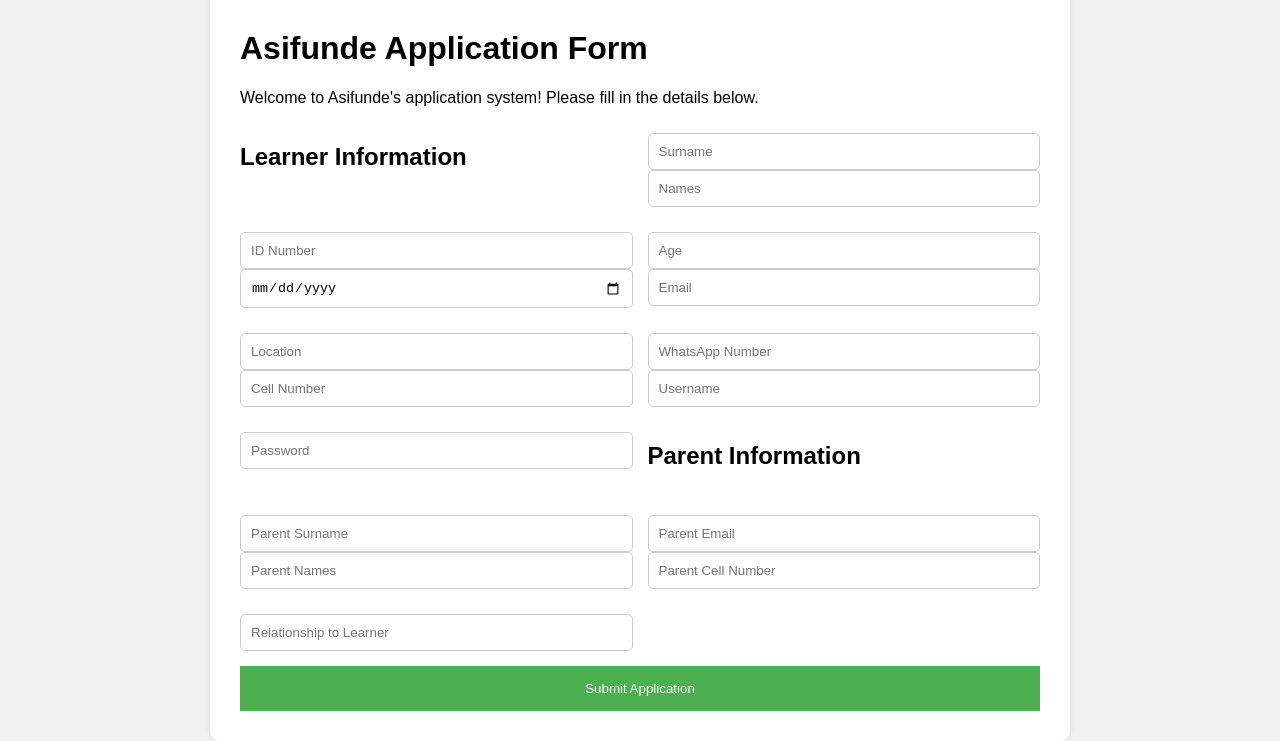
Repository: Soshtakovich/Asifunde
Page: Application_system/apply.html
An editor plug-in stored every save of this project. The page is shown before and after the next save, followed by the edit.
The browser window is 1280 px wide. The pictures show the whole page.

Above is the page before, as saved 2024-10-18 17:41:35.

After the next save:
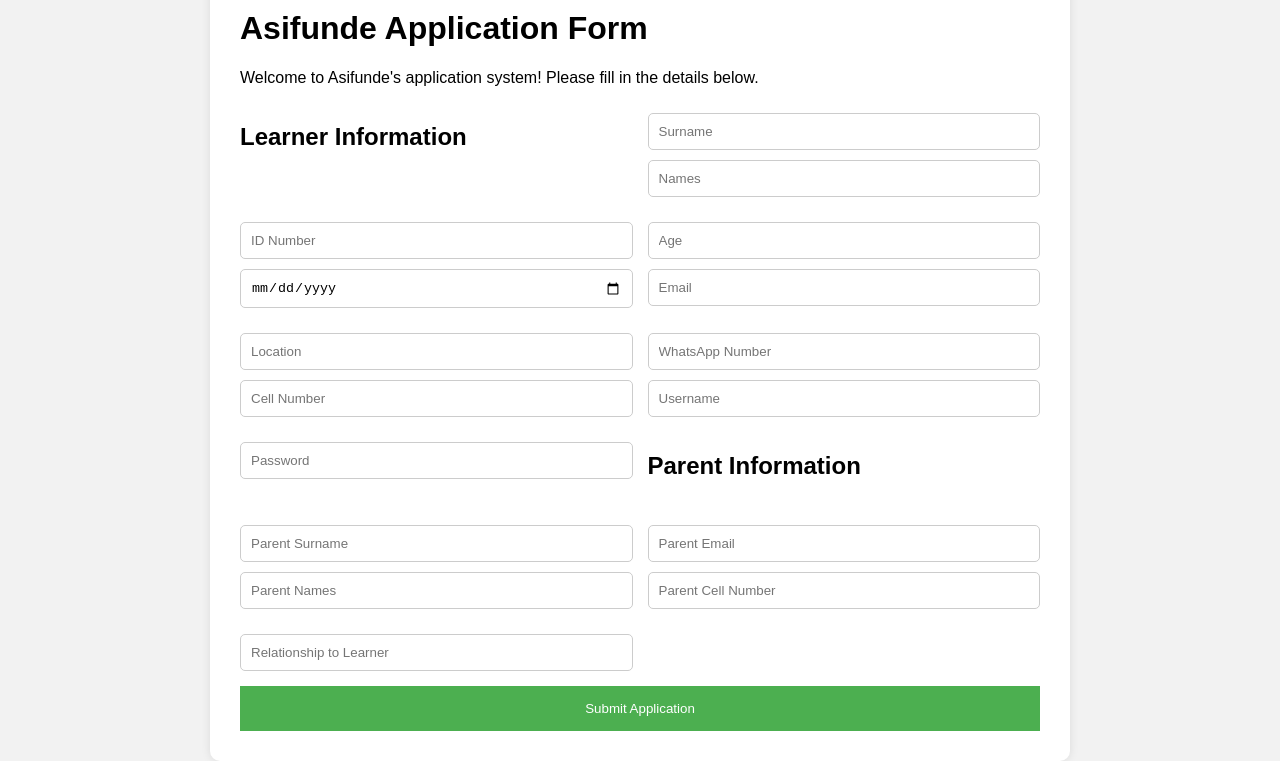
Saved 21 s later.
--- a/Application_system/statics/css/apply.css
+++ b/Application_system/statics/css/apply.css
@@ -42,7 +42,7 @@
   box-sizing: border-box; /* Prevent padding from overflowing */
 }
 
-.input-group{
+.input-group input{
     margin-top: 10px;
 }
 
